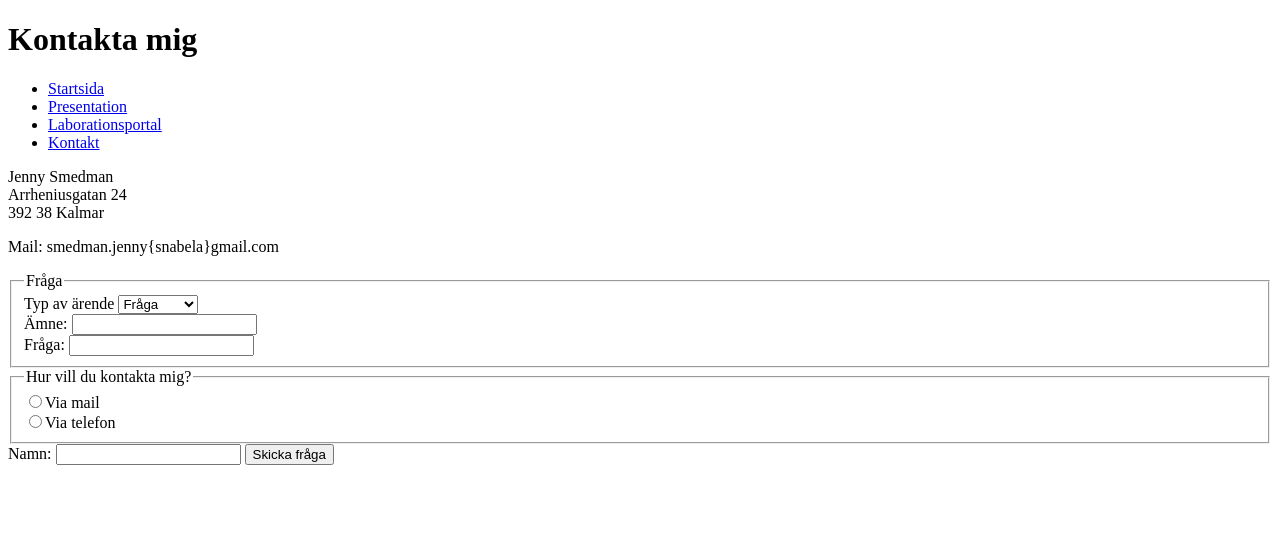
Repository: js223mx/1ik415-js223mx-laborationer
Page: pages/kontakt.html
The author's editor kept a record of every edit. The page is drawn from the files as they stood at one moment, then again after the next edit.
The browser window is 1280 px wide. The pictures show the whole page.

Above is the page before.

After the next edit:
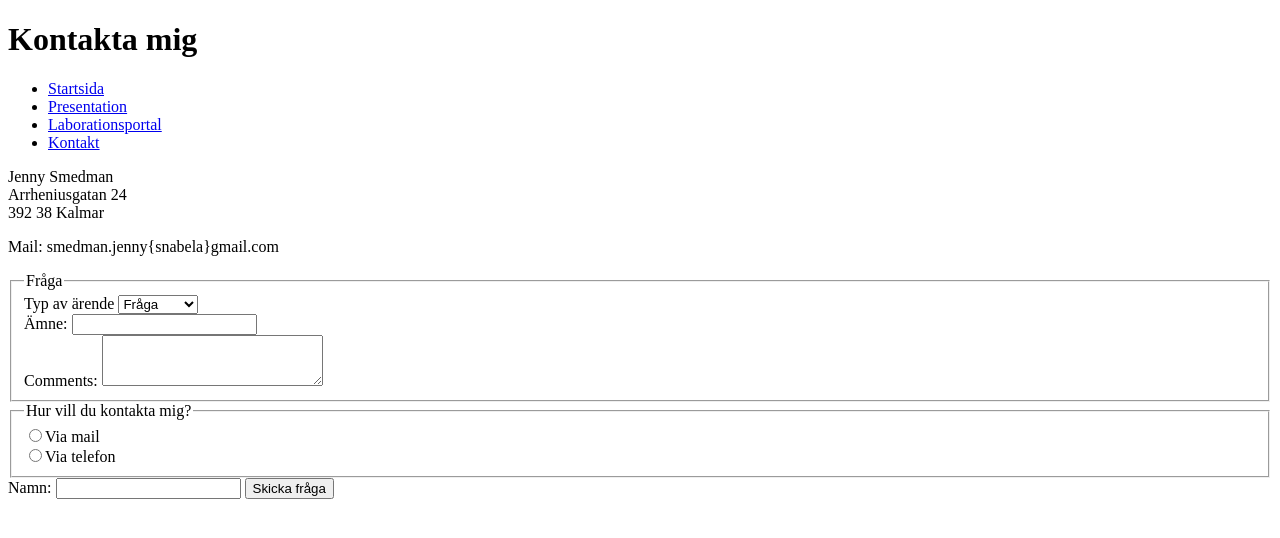
The edit:
--- a/pages/kontakt.html
+++ b/pages/kontakt.html
@@ -36,7 +36,8 @@
                            <option value="Komentar">Komentar</option>
                         </select><br>
                         Ämne: <input type="text"><br>
-                        Fråga: <input type="text">
+                        <label for="comments">Comments:</label>
+                        <textarea name="comments" id="comments" cols="25" rows="3"></textarea>
                     </fieldset>
                 </form>
                 <form>
